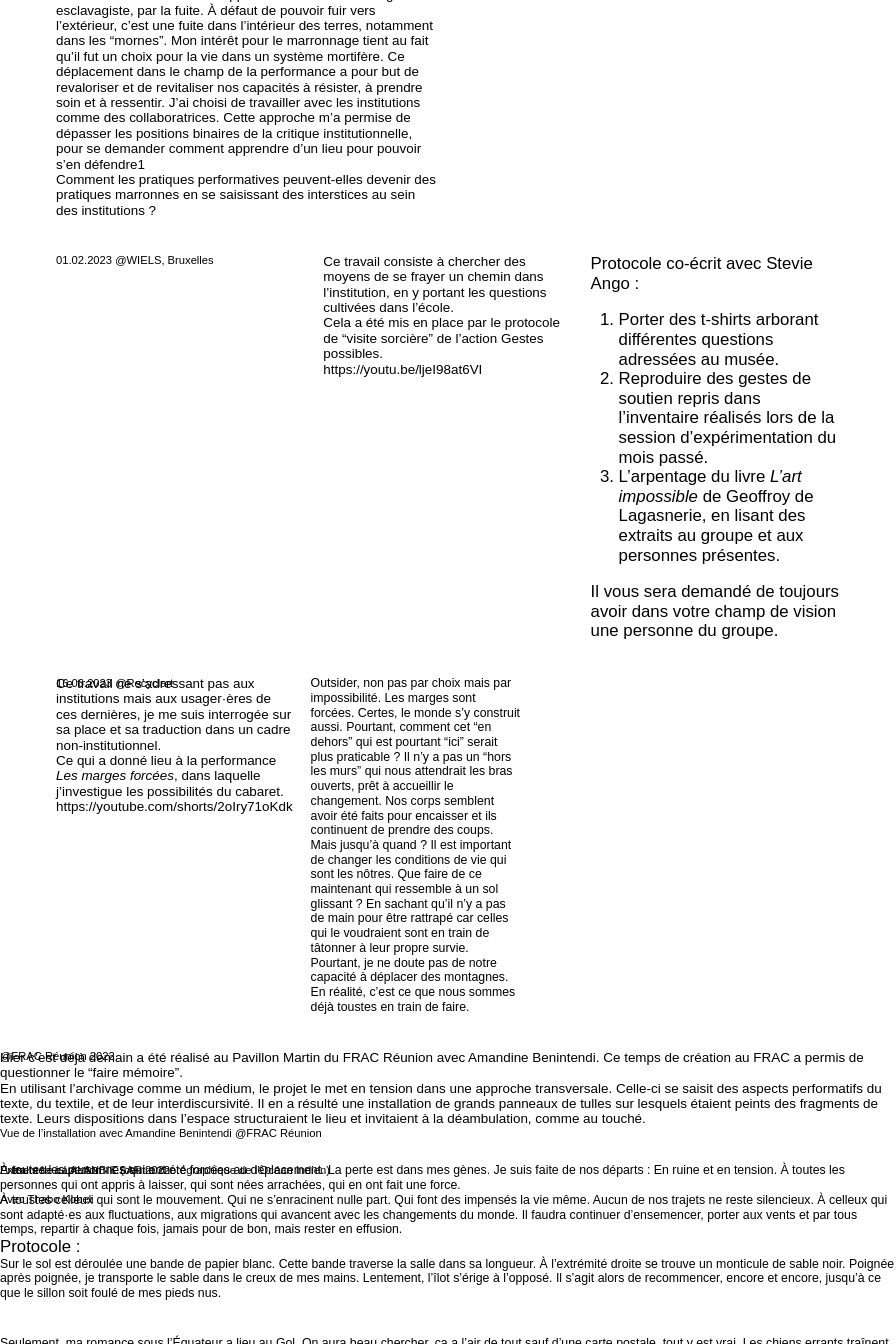
Repository: brunrhb/oce-p
Page: index.html
The author's editor kept a copy of each file at every save. The page is drawn from the files as they stood at one save, then again after the next save.
The browser window is 1280 px wide. The pictures show the part of the page from y = 2774 to 4694 px (the page is 4835 px tall before and 4879 px after), at 70% of full size.

Above is the page before, as saved 2025-06-14 18:34:58.

### index.html
<!DOCTYPE html>
<html lang="fr">
<head>
  <meta charset="UTF-8">
  <meta name="viewport" content="width=device-width, initial-scale=1.0">
  <title>Grid 3 colonnes avec placeholders</title>
  <link rel="stylesheet" href="styles.css">
  <script defer src="content.js"></script>
</head>
<body>

<div class="allproject">

<section PROJET 1 LIASONS VEGETALES>

  <div class="p1">
    <div class="grid-p1s1" id="partie1">

<div class="col-p1s1-1">
  <div class="media-block-p1s1">
    <div class="placeholder-p1s1"></div>
    <p class="credit" data-content="p1s1-credit1"></p>
  </div>

  <div class="media-block-p1s1">
    <div class="placeholder-p1s1"></div>
    <p class="credit" data-content="p1s1-credit2"></p>
  </div>
</div>

    <div class="col-p1s1-2">
      <div class="media-block-p1s1">
        <div class="placeholder-p1s1"></div>
        <p class="credit" data-content="p1s1-credit3"></p>
      </div>
      <div class="media-block-p1s1">
        <div class="placeholder-p1s1"></div>
        <p class="credit" data-content="p1s1-credit4"></p>
      </div>
    </div>

    <div class="col-p1s1-3">
      <div class="media-block-p1s1">
        <div class="placeholder-p1s1"></div>
        <p class="credit" data-content="p1s1-credit5"></p>
      </div>
     <div class="text-block-p1s1">
       <p class="protocole-titre" data-content="p1s1-protocole-titre"></p>
       <p class="protocole-corps" data-content="p1s1-protocole-corps"></p>
    </div>

  </div>

    </div>
    <div class="grid-p1s2" id="partie2">

  <div class="col-p1s2-1">
    <div class="media-block-p1s2-1">
    <div class="placeholder-p1s1"></div>
      <div class="media-block-p1s2-2">
      <div class="placeholder-p1s1"></div>
      <p class="credit" data-content="p1s2-credit"></p>
    </div>
    </div>
  </div>

  <div class="col-p1s2-2">
      <div class="text-block-p1s2">
        <p class="extrait" data-content="p1s2-extrait1"></p>
      </div>
  </div>

  <div class="col-p1s2-3">
      <div class="text-block-p1s2">
        <p class="extrait" data-content="p1s2-extrait2"></p>
      </div>

  </div>



    </div>
  </div>

</section>

<section PROJET 2 PAENSER>

  <div class="p2">
    <div class="grid-p2">

       <div class="col-p2-1">
        <div class="media-block-p2">
          <div class="placeholder-p2"></div>
          <div class="credit-p2" data-content="p2-credit"></div>
        </div>
        <div class="text-block-p2">
          <div class="protocole-titre-p2" data-content="p2-protocole-titre"> </div>
          <div class="protocole-corps-p2" data-content="p2-protocole-corps"> </div>
          <div class="lien-p2">
            <a href="https://vimeo.com/851968568?share=copy">Lien vidéo</a>
          </div>
        </div>
       </div>

       <div class="col-p2-2">
          <div class="extrait" data-content="p2-extrait"></div>
       </div>



    </div>
  </div>

</section>

<section RPOJET 3 DES NORMES AUX MORNES : MARRONNER EN SOI>

  <div class="p3">
    <div class="grid-p3">
      <div class="col-p3-1">
        <div class="text-block-p3-1">
          <div class="intro" data-content="p3-intro"></div>
          <div class="autre-corps" data-content="p3-autre-corps-1"> </div>
          <div class="biblio" data-content="p3-biblio"> </div>
        </div>
      </div>

      <div class="col-p3-2">
        <div class="text-block-p3-2">
          <div class="autre-corps" data-content="p3-autre-corps-1"> </div>
          <div class="media-block-p3">
            <div class="placeholder-p3"></div>
            <div class="placeholder-p3"></div>
          </div>

        </div>
      </div>

    </div>
  </div>
</section>

<section PROJET 4 GESTES POSSIBLEs>

<div class="p4">

<div class="grid-p4">

  <div class="col-p4-1">
    <div class="media-block-p4-1">
      <div class="credit" data-content="p4-credit"></div>
      <div class="placeholder-p4-1"></div>
    </div>
  </div>


  <div class="col-p4-2">
    <div class="placeholder-p4-2"></div>
    <div class="text-block-p4-1">
      <div class="intro" data-content="p4-intro"></div>
      <div class="autre-corps" data-content="p4-autre-corps-1"></div>
      <div class="lien" data-content="p4-lien"></div>
    </div>

  </div>


  <div class="col-p4-3">
    <div class="text-block-p4-2">
      <div class="protocole-titre" data-content="p4-protocole-titre"></div>
    </div>
  </div>

</div>
</div>

</section>

</section>

<section PROJET 5 LES MARGES FORCÉES>

  <div class="p5">
    <div class="grid-p5">

      <div class="col-p5-1">
        <div class="media-block-p5">
          <div class="placeholder-p5"></div>
          <div class="credit" data-content="p5-credit"></div>
        </div>
        <div class="text-block-p5-1">
        <div class="intro" data-content="p5-intro"></div>
        <div class="autre-corps" data-content="p5-autre-corps-1"></div>
        <div class="lien" data-content="p5-lien"></div>
        </div>
      </div>

      <div class="col-p5-2">
        <div class="extrait" data-content="p5-extrait"></div>
      </div>

    </div>
  </div>

</section>

<section PROJET 6 HIER C'EST DÉJÀ DEMAIN>

<div class="p6">
<div class="grid-p6">

  <div class="col-p6-1">
    <div class="media-block-p6-1">
      <div class="placeholder-p6-1"></div>
      <div class="credit" data-content="p6-credit-1"></div>
    </div>

    <div class="col-p6-2">
      <div class="autre-corps" data-content="p6-autre-corps-1"></div>
      <div class="text-block-p6-1">
        <div class="autre-corps" data-content="p6-autre-corps-2"></div>
        <div class="media-block-p6-2">
          <div class="placeholder-p6-2"></div>
          <div class="credit" data-content="p6-credit-2"></div>
        </div>
      </div>

    </div>

  </div>

</div>

</div>

</section>

<section PROJET 7 NOUS SOMMES LE PAYSAGE >

<div class="p7">

  <div class="grid-p7s1" id="partie1">

    <div class="col-p7s1">
      <div class="media-block-p7s1">
        <div class="placeholder-p7s1"></div>
        <div class="placeholder-p7s1"></div>
        <div class="placeholder-p7s1"></div>
        <div class="credit" data-content="p7s1-credit"></div>
      </div>

          <div class="col-p7s1">
        <div class="placeholder-p7s1"></div>
        <div class="placeholder-p7s1"></div>
        <div class="placeholder-p7s1"></div>
    </div>

              <div class="col-p7s1">
        <div class="placeholder-p7s1"></div>
        <div class="placeholder-p7s1"></div>
        <div class="placeholder-p7s1"></div>
    </div>

    <div class="grid-p7s2" id="partie2">

      <div class="row-p7s2-1">
        <div class="placeholder-p7s2"></div>
        <div class="placeholder-p7s2"></div>
        <div class="placeholder-p7s2"></div>
        <div class="media-block-p7s2">
          <div class="placeholder-p7s2"></div>
          <div class="credit" data-content="p7s2-credit-1"></div>
        </div>

      <div class="row-p7s2-2">
        <div class="text-block-p7s2-1">
          <div class="extrait" data-content="p7s2-extrait1"></div>
          <div class="credit" data-content="p7s2-credit-2"></div>
        </div>
        <div class="text-block-p7s2-2">
          <div class="extrait" data-content="p7s2-extrait2"></div>
        </div>
        <div class="text-block-p7s2-3">
          <div class="trait"></div>
          <div class="protocole-titre" data-content="p7s2-protocole-titre"></div>
          <div class="protocole-corps" data-content="p7s2-protocole-corps"></div>
        </div>
      </div>


      </div>
    </div>

  </div>

</div>

</section>

<section PROJET 8 NYAZE>

<div class="p8">

<div class="grid-p8">

  <div class="col-p8-1">
    <div class="text-block-p8">
      <div class="extrait" data-content="p8-extrait"></div>
      <div class="trait"></div>
      <div class="protocole-titre" data-content="p8-protocole-titre"></div>
      <div class="protocole-corps" data-content="p8-protocole-corps"></div>
    </div>
  </div>

  <div class="col-p8-2">
    <div class="media-block-p8">
      <div class="placeholder-p8"></div>
      <div class="credit" data-content="p8-credit"></div>
    </div>
  </div>

</div>

</div>

</section>

 </div>

</body>
</html>

### content.js
const content = {};

// #region PROJET1

// #region p1s1
content["p1s1-credit1"] = "2024 ©La Nature Festival Liège";
content["p1s1-credit2"] = "2024 ©La Nature Festival Liège";
content["p1s1-credit3"] = "2022 ©ESA Réunion";
content["p1s1-credit4"] = "2022 ©ESA Réunion";
content["p1s1-credit5"] = "2022 workshop @Salazie";

content["p1s1-protocole-titre"] = "Protocole :";
content["p1s1-protocole-corps"] = `
  En pleine nature, dans un jardin,<br>
  ou n’importe où avec de la nature mobile.<br>
  Face aux regardeur.euses,<br>
  établir une connexion visuelle<br>
  avec chaque personne.<br>
  Tourner le dos, s’agenouiller et crier...<br>
  Crier tout ce que je peux,<br>
  tout ce qui est coincé, tout ce qui doit sortir.<br>
  Aller à la rencontre du végétal, l’enlacer,<br>
  prendre ma place contre la sienne<br>
  et lui raconter mes mots tendres.
`;
// #endregion

// #region p1s2
content["p1s2-credit"] = "2022 @ESA Réunion";

content["p1s2-extrait1"] = `
  "Nos corps sont des révolutions<br>
Nos corps sont des révolutions,<br>
Ma sœur<br><br>

T’effleurer<br>
me rappelle les guerres qui nous traversent<br>
et les narrations qui nous diluent.<br>
Encore et encore, il faudra crier<br>
du silence dans lequel on voudrait nous maintenir.<br><br>

Être contre toi me rappelle que les écosystèmes<br>
ne sont pas seulement des lieux que nous habitons<br>
mais des milieux que nous abritons.<br>
Je me souviens de nos différentes alliances<br>
et je pressens celles que nous devons retisser.<br><br>

Car ce sont ces alliances<br>
qui nous ont permise de survivre,<br>
d’être là, dignes et en vie :<br>
la connaissance de notre puissance<br>
et de notre capacité à résister par<br>
les réseaux discrets mais pérennes<br>
que nous avons su fabriquer.<br><br>

Nos corps sont des révolutions<br>
Nos corps sont des révolutions,<br>
Ma sœur<br><br>

Chaque jour, les structures rigides de mon quotidien<br>
me rappellent ce système absurde dans lequel je vis.
 `;
content["p1s2-extrait2"] = `
Tout comme, chaque jour,<br>
mon existence et celle du vivant<br>
rappellent à ce système<br>
qu’il peut toujours en être autrement.<br>
Chaque jour,<br>
nous lui rappelons que peu importe la haine<br>
et l’acharnement qu’il déploie,<br>
il en va déjà autrement.<br><br>

Chaque jour, parce que je suis là<br>
et que tu es là, en vie,<br>
nous lui rappelons qu’à l’intérieur du “nous”,<br>
des multitudes de mondes possibles<br>
sont déjà en train d’exister.<br><br>

Chaque jour, mon existence<br>
et celle du vivant rappellent à ce système<br>
que son monde est un paradigme fictionnel.<br>
Chaque jour, nous lui faisons sentir à notre tour<br>
que le propre d’un paradigme c’est de changer :<br>
d’être remplacé, déplacé ou ré-inventé.<br><br>

Chaque jour, le “nous” que nous faisons apparaître,<br>
conteste cet ordre du monde.<br><br>

Te nommant sœur,<br>
Je questionne mon statut d’aimante<br>
En rêvant d’une sororité étendue<br><br>

Pour devenir la moitié, ta compagne<br><br>

Serrer & semer Ensemencer nos devenirs<br><br>

Je sais qu’il faudra du temps, [...]";
 `;
// #endregion

// #endregion



// #region PROJET2
content["p2-credit"] = "25.04.2024 @La Balsamine";
content["p2-protocole-titre"] = "Protocole :";
content["p2-protocole-corps"] = `Le texte est peint sur du tulle. Il est structuré sur la répétition, revenant à chaque fois sur lui-même. À l’intérieur de cette spirale, se glisse par instant une ouverture, une respiration. Le texte tourne sur lui-même jusqu’à ce que je le déchire. J’utilise ensuite ces morceaux de tissus pour réaliser un pansement avec de l’argile que je viens appliquer sur ma poitrine.`;
content["p2-lien"] = "https://vimeo.com/951968568?share=copy";
content["p2-extrait"] = `Extrait du texte : <br> <br> Tu la sens cette palpitation dans tes profondeurs ? la peur. J’ai peur que mes mots se mettent à sonner creux à force d’être répétés. Qu’ils deviennent un lent refrain, lassant, et lancinant. Je sais bien qu’ils doivent l’être ; dits et redits, encore et encore.<br><br>J’ai peur de me mettre à sonner creux, de ne plus trouver de résonances, ni au dehors, ni dans mon corps à force de dire l’injustice et d’expliquer la colère.<br><br>Car à chaque fois, je sens le dedans de ma peau s’éroder. Je sens les marées qu’elles provoquent se fracasser contre mes propres falaises. Elles s’effritent à chaque fois un peu plus, et les abris avec elles.<br><br>À chaque fois que je dis : Ma colère est politique parce qu’elle est personnelle au pluriel. À chaque fois que je dis : Ma colère a le goût du fer et l’odeur du sang de celles et ceux à qui l’on continue de refuser l’accès à l’humanité. À chaque fois que je dis : Ma colère s’enracine dans les océans qui sont aussi des cimetières.<br><br>À chaque fois, je sens le dedans de ma peau s’éroder. Je sens les marées qu’elles provoquent se fracasser contre mes propres falaises. Elles s’effritent à chaque fois un peu plus, et les abris avec elles.<br><br>Aujourd’hui, je veux te dire que ma colère est une lame dont les deux extrémités sont aiguisées. L’utiliser me blesse aussi. L’utiliser réveille la peur. La peur de me mettre à sonner creux à force de dire l’injustice et d’expliquer la colère.<br><br>Car à chaque fois, c’est un temps pour respirer que je m’enlève. À chaque fois, c’est une énième suffocation, et rares sont les moments où j’arrive à respirer, où les conditions du dehors me laissent le faire.<br><br>Un monde plus respirable, c’est ce que je veux. Mais pour ça, il faut dire l’injustice et expliquer la colère. Mais, à chaque fois que je répète : [...]`;
// #endregion

// #region PROJET3
content["p3-intro"] = `
Comment les pratiques performatives peuvent-elles devenir des pratiques marronnes en se saisissant des interstices au sein des institutions ?
`;
content["p3-autre-corps-1"] =`
Pendant mes deux années de master, j’ai réfléchi à ma place dans les institutions liées à l’art, plus particulièrement à l’endroit de leurs normes. Je me suis demandé quelle est la place du soutien à l’intérieur d’elle et quels subterfuges imaginer pour le pratiquer. C’est ce qui m’a amené à m’intéresser au marronnage comme phénomène social et comme pratique d’empowerment. Historiquement, le marronnage apparaît à l’époque coloniale en devenant une manière de s’opposer et de résister au régime esclavagiste, par la fuite. À défaut de pouvoir fuir vers l’extérieur, c’est une fuite dans l’intérieur des terres, notamment dans les “mornes”. Mon intérêt pour le marronnage tient au fait qu’il fut un choix pour la vie dans un système mortifère. Ce déplacement dans le champ de la performance a pour but de revaloriser et de revitaliser nos capacités à résister, à prendre soin et à ressentir. J’ai choisi de travailler avec les institutions comme des collaboratrices. Cette approche m’a permise de dépasser les positions binaires de la critique institutionnelle, pour se demander comment apprendre d’un lieu pour pouvoir s’en défendre1
`;

content["p3-biblio"] =`
Comment les pratiques performatives peuvent-elles devenir des pratiques marronnes en se saisissant des interstices au sein des institutions ?
`;

// #endregion

// #region PROJET4
content["p4-credit"] = "01.02.2023 @WIELS, Bruxelles";
content["p4-intro"] = `Ce travail consiste à chercher des moyens de se frayer un chemin dans l’institution, en y portant les questions cultivées dans l’école.`;
content["p4-autre-corps-1"] = `Cela a été mis en place par le protocole de “visite sorcière” de l’action Gestes possibles.`;
content["p4-lien"] = `https://youtu.be/ljeI98at6VI`;
content["p4-protocole-titre"] = `Protocole co-écrit avec Stevie Ango :
<ol>
<li>Porter des t-shirts arborant différentes questions adressées au musée.</li>
<li>Reproduire des gestes de soutien repris dans l’inventaire réalisés lors de la session d’expérimentation du mois passé.</li>
<li>L’arpentage du livre <i>L’art impossible</i> de Geoffroy de Lagasnerie, en lisant des extraits au groupe et aux personnes présentes.</li>
</ol>
Il vous sera demandé de toujours avoir dans votre champ de vision une personne du groupe.`;
// #endregion

// #region PROJET5
content["p5-credit"] = "16.06.2023 @Recyclart";
content["p5-intro"] = `Ce travail ne s’adressant pas aux institutions mais aux usager·ères de ces dernières, je me suis interrogée sur sa place et sa traduction dans un cadre non-institutionnel.`;
content["p5-autre-corps-1"] = `Ce qui a donné lieu à la performance <i>Les marges forcées</i>, dans laquelle j’investigue les possibilités du cabaret.`;
content["p5-lien"] = `https://youtube.com/shorts/2oIry71oKdk`;
content["p5-extrait"] = `Outsider, non pas par choix mais par impossibilité. Les marges sont forcées. Certes, le monde s’y construit aussi. Pourtant, comment cet “en dehors” qui est pourtant “ici” serait plus praticable ? Il n’y a pas un “hors les murs” qui nous attendrait les bras ouverts, prêt à accueillir le changement. Nos corps semblent avoir été faits pour encaisser et ils continuent de prendre des coups. Mais jusqu’à quand ? Il est important de changer les conditions de vie qui sont les nôtres. Que faire de ce maintenant qui ressemble à un sol glissant ? En sachant qu’il n’y a pas de main pour être rattrapé car celles qui le voudraient sont en train de tâtonner à leur propre survie. Pourtant, je ne doute pas de notre capacité à déplacer des montagnes. En réalité, c’est ce que nous sommes déjà toustes en train de faire.`;
// #endregion

// #region PROJET6
content["p6-credit-1"] = "@FRAC Réunion 2022";
content["p6-autre-corps-1"] = `Hier c’est déjà demain a été réalisé au Pavillon Martin du FRAC Réunion avec Amandine Benintendi. Ce temps de création au FRAC a permis de questionner le “faire mémoire”.`;
content["p6-autre-corps-2"] = `En utilisant l’archivage comme un médium, le projet le met en tension dans une approche transversale. Celle-ci se saisit des aspects performatifs du texte, du textile, et de leur interdiscursivité. Il en a résulté une installation de grands panneaux de tulles sur lesquels étaient peints des fragments de texte. Leurs dispositions dans l’espace structuraient le lieu et invitaient à la déambulation, comme au touché.`;
content["p6-credit-2"] = `Vue de l’installation avec Amandine Benintendi @FRAC Réunion`;
// #endregion

// #region PROJET7
content["p7s1-credit"] = `Extraits de captation - ESAR 2022`;
content["p7s2-credit-1"] = `Présentée à LALANBIK (centre chorégraphique de l’Océan Indien)`;
content["p7s2-credit-2"] = `Avec Thabo Kobeli`;
content["p7s2-extrait1"] = `À toutes les personnes qui ont été forcées au déplacement. La perte est dans mes gènes. Je suis faite de nos départs : En ruine et en tension. À toutes les personnes qui ont appris à laisser, qui sont nées arrachées, qui en ont fait une force.`;
content["p7s2-extrait2"] = `À toustes celleux qui sont le mouvement. Qui ne s’enracinent nulle part. Qui font des impensés la vie même. Aucun de nos trajets ne reste silencieux. À celleux qui sont adapté·es aux fluctuations, aux migrations qui avancent avec les changements du monde. Il faudra continuer d’ensemencer, porter aux vents et par tous temps, repartir à chaque fois, jamais pour de bon, mais rester en effusion.`;
content["p7s2-protocole-titre"] = `Protocole :`;
content["p7s2-protocole-corps"] = `Sur le sol est déroulée une bande de papier blanc. Cette bande traverse la salle dans sa longueur. À l’extrémité droite se trouve un monticule de sable noir. Poignée après poignée, je transporte le sable dans le creux de mes mains. Lentement, l’îlot s’érige à l’opposé. Il s’agit alors de recommencer, encore et encore, jusqu’à ce que le sillon soit foulé de mes pieds nus.`;
// #endregion

// #region PROJET8
content["p8-extrait"] = `Seulement, ma romance sous l’Équateur a lieu au Gol. On aura beau chercher, ça a l’air de tout sauf d’une carte postale, tout y est vrai. Les chiens errants traînent la patte sous la chaleur. En fond, les cris d’enfants. Il y a des gens qui vivent et qui attendent, des chaises en plastique et des objets abandonnés. Le temps s’étire et tire en longueur. La vie s’allonge, les gestes sont lents. Et toujours la même rengaine : le jour puis la nuit, la nuit puis le jour. Pourtant on est toujours surpris. Coincé entre terre et mer, entre aujourd’hui et demain. Un jour quelque chose a changé. Je ne cherchais plus le soleil, j’attendais les nuages.`;
content["p8-protocole-titre"] = `Procédure :`;
content["p8-protocole-corps"] = `Déclamer le texte en triant du riz, face aux spectateur·ices. Réappropriation d’un geste vu de nombreuses fois chez les femmes de ma famille.`;
content["p8-credit"] = `Nyaze & Agency © David Garcia`;
// #endregion



// #region injection
window.addEventListener("DOMContentLoaded", () => {
  Object.entries(content).forEach(([key, value]) => {
    const el = document.querySelector(`[data-content="${key}"]`);
    if (el) el.innerHTML = value;
  });
});
// #endregion

Loaded but not shown: styles.css (476 lines, source omitted)

After the next save:
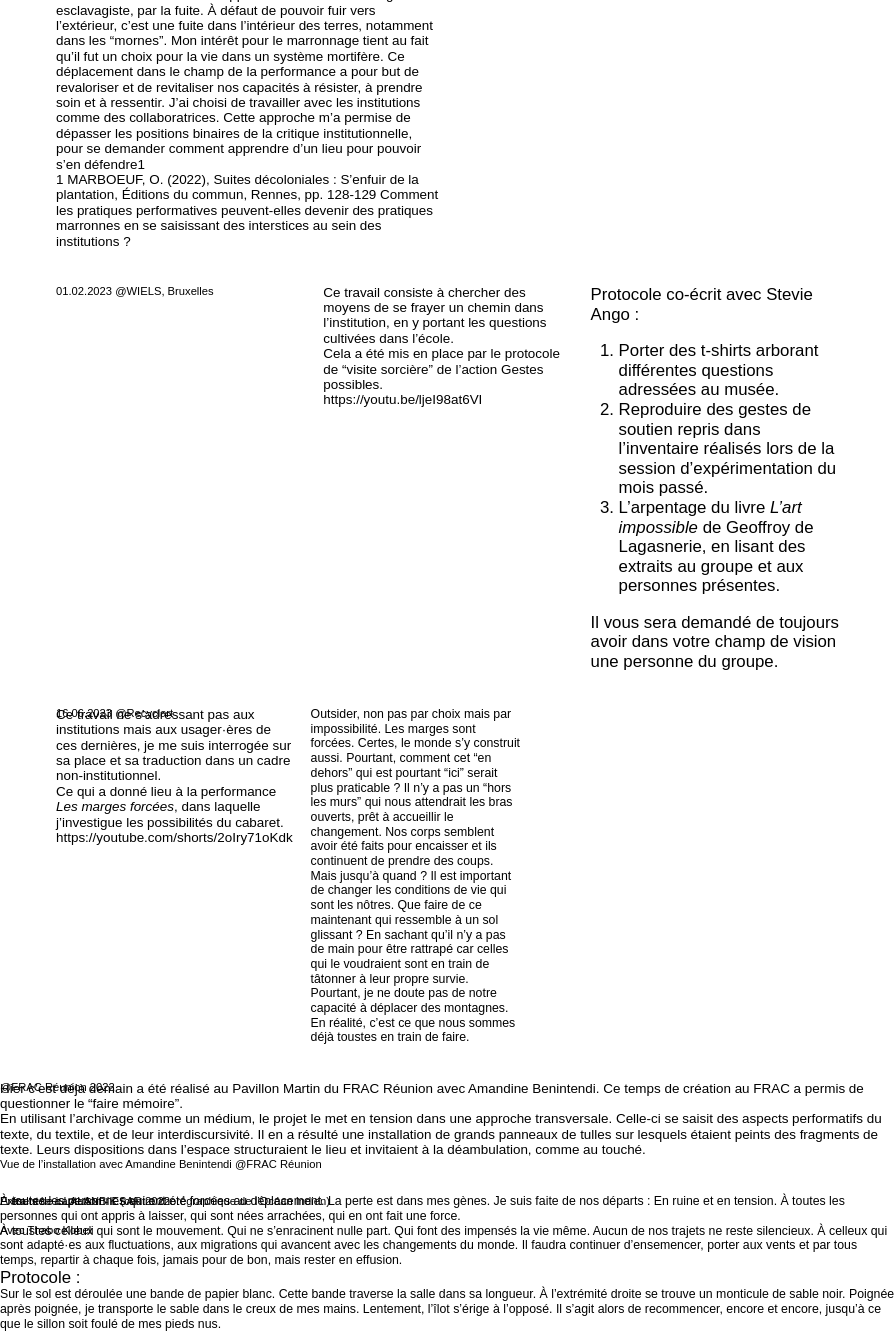
Saved 16 s later.
--- a/content.js
+++ b/content.js
@@ -119,6 +119,7 @@ Pendant mes deux années de master, j’ai réfléchi à ma place dans les insti
 `;
 
 content["p3-biblio"] =`
+1 MARBOEUF, O. (2022), Suites décoloniales : S’enfuir de la plantation, Éditions du commun, Rennes, pp. 128-129
 Comment les pratiques performatives peuvent-elles devenir des pratiques marronnes en se saisissant des interstices au sein des institutions ?
 `;
 
